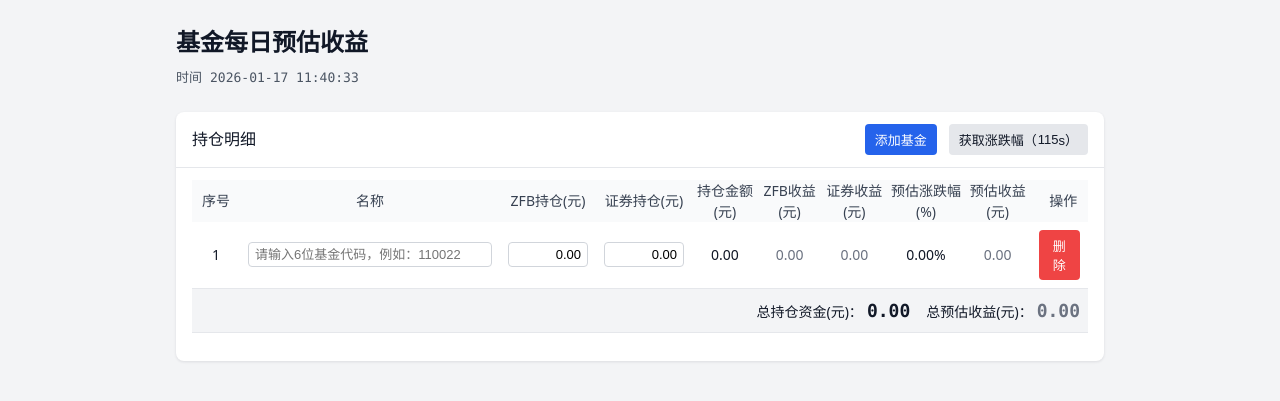
Repository: zt-boom/finance
Page: index.html
The author's editor kept a copy of each file at every save. The page is drawn from the files as they stood at one save, then again after the next save.
The browser window is 1280 px wide. The pictures show the whole page.

Above is the page before, as saved 2026-01-17 14:59:13.

### index.html
<!DOCTYPE html>
<html lang="zh-CN">
<head>
<meta charset="UTF-8">
<title>基金每日预估收益</title>
<meta name="viewport" content="width=device-width,initial-scale=1">
<link rel="stylesheet" href="./style.css">
</head>
<body>
<div class="app">
<header class="app-header">
<h1>基金每日预估收益</h1>
<div class="date-row">
<span>时间</span>
<span id="current-date"></span>
</div>
</header>
<main class="app-main">
<section class="card">
<div class="card-header">
<h2>持仓明细</h2>
<div class="card-header-actions">
<button id="add-fund-btn" class="primary-button">添加基金</button>
<button id="fetch-percent-btn" class="secondary-button">
获取涨跌幅（<span id="auto-refresh-countdown">120</span>s）
</button>
</div>
</div>
<div class="card-body">
<div class="table-wrapper">
<table class="fund-table">
<thead>
<tr>
<th class="index-col">序号</th>
<th>名称</th>
<th>ZFB持仓(元)</th>
<th>证券持仓(元)</th>
<th>持仓金额(元)</th>
<th>ZFB收益(元)</th>
<th>证券收益(元)</th>
<th>预估涨跌幅(%)</th>
<th>预估收益(元)</th>
<th>操作</th>
</tr>
</thead>
<tbody id="fund-table-body"></tbody>
<tfoot>
<tr class="summary-row">
<td colspan="10">
<div class="summary-items">
<div class="summary-left">
<span>总持仓资金(元)：<strong id="total-amount">0.00</strong></span>
<span>总预估收益(元)：<strong id="total-profit">0.00</strong></span>
</div>
</div>
</td>
</tr>
</tfoot>
</table>
</div>
</div>
</section>
</main>
</div>
<script src="./main.js"></script>
</body>
</html>

### style.css
* {
box-sizing: border-box;
margin: 0;
padding: 0;
}

body {
font-family: system-ui, -apple-system, BlinkMacSystemFont, "Segoe UI", sans-serif;
background-color: #f3f4f6;
color: #111827;
line-height: 1.5;
}

.app {
max-width: 960px;
margin: 0 auto;
padding: 24px 16px 40px;
}

.app-header {
display: flex;
flex-direction: column;
gap: 8px;
margin-bottom: 24px;
}

.app-header h1 {
font-size: 24px;
font-weight: 600;
color: #111827;
}

.date-row {
display: flex;
gap: 8px;
align-items: center;
font-size: 13px;
color: #4b5563;
}

.date-row span:last-child {
font-family: ui-monospace, SFMono-Regular, Menlo, Monaco, Consolas, "Liberation Mono", "Courier New", monospace;
font-variant-numeric: tabular-nums;
}

.app-main {
display: flex;
flex-direction: column;
gap: 16px;
}

.card {
background-color: #ffffff;
border-radius: 8px;
box-shadow: 0 1px 3px rgba(15, 23, 42, 0.1);
overflow: hidden;
}

.card-header {
display: flex;
justify-content: space-between;
align-items: center;
padding: 12px 16px;
border-bottom: 1px solid #e5e7eb;
}

.card-header h2 {
font-size: 16px;
font-weight: 500;
}

.card-header-actions {
display: flex;
align-items: center;
gap: 12px;
}

.card-body {
padding: 12px 16px 16px;
}

.table-wrapper {
overflow-x: auto;
margin-bottom: 12px;
}

.fund-table {
width: 100%;
border-collapse: collapse;
font-size: 14px;
}

.fund-table td {
border-bottom: 1px solid #e5e7eb;
padding: 8px;
text-align: left;
}

.fund-table th.index-col,
.fund-table td[data-role="row-index"] {
width: 48px;
text-align: center;
}

.fund-table td:nth-child(3),
.fund-table td:nth-child(4),
.fund-table td:nth-child(5),
.fund-table td:nth-child(6),
.fund-table td:nth-child(7),
.fund-table td:nth-child(8),
.fund-table td:nth-child(9) {
text-align: center;
white-space: nowrap;
}

.fund-table thead {
background-color: #f9fafb;
}

.fund-table th {
font-weight: 500;
color: #374151;
text-align: center;
}

.fund-table tbody tr:nth-child(even) {
background-color: #f9fafb;
}

.fund-table input {
width: 100%;
padding: 4px 6px;
font-size: 13px;
border-radius: 4px;
border: 1px solid #d1d5db;
outline: none;
text-align: right;
}

.fund-table input.narrow-number-input {
width: 80px;
margin: 0 auto;
}

.fund-table td:nth-child(2) input {
text-align: left;
}

.fund-table th:nth-child(2),
.fund-table td:nth-child(2) {
width: 260px;
}

.fund-table th:nth-child(10),
.fund-table td:nth-child(10) {
padding-left: 8px;
}

.fund-table input[type="number"]::-webkit-outer-spin-button,
.fund-table input[type="number"]::-webkit-inner-spin-button {
-webkit-appearance: none;
margin: 0;
}

.fund-table input[type="number"] {
-moz-appearance: textfield;
}

.fund-table input:focus {
border-color: #2563eb;
box-shadow: 0 0 0 1px rgba(37, 99, 235, 0.2);
}

.value-positive {
color: #ef4444;
}

.value-negative {
color: #10b981;
}

.value-zero {
color: #6b7280;
}

.summary-row td {
font-weight: 600;
color: #111827;
background-color: #f3f4f6;
}

.summary-items {
display: flex;
flex-wrap: wrap;
gap: 4px 16px;
justify-content: flex-end;
align-items: center;
}

#auto-refresh-countdown {
display: inline-block;
width: 3ch;
text-align: right;
}

.summary-items span {
font-weight: 500;
white-space: nowrap;
}

.summary-left {
display: flex;
flex-wrap: wrap;
gap: 4px 16px;
align-items: center;
}

.summary-items span strong {
font-size: 18px;
margin-left: 4px;
font-family: ui-monospace, SFMono-Regular, Menlo, Monaco, Consolas, "Liberation Mono", "Courier New", monospace;
}

#total-amount {
color: #111827;
}

.primary-button,
.secondary-button,
.danger-button {
border-radius: 4px;
border: none;
cursor: pointer;
font-size: 13px;
padding: 6px 10px;
display: inline-flex;
align-items: center;
justify-content: center;
}

.primary-button {
background-color: #2563eb;
color: #ffffff;
}

.primary-button:hover {
background-color: #1d4ed8;
}

.secondary-button {
background-color: #e5e7eb;
color: #111827;
}

.secondary-button:hover {
background-color: #d1d5db;
}

.danger-button {
background-color: #ef4444;
color: #ffffff;
}

.danger-button:hover {
background-color: #dc2626;
}

.actions-row {
display: none;
}

.instructions {
font-size: 13px;
color: #4b5563;
}

.instructions ol {
padding-left: 18px;
display: flex;
flex-direction: column;
gap: 4px;
}

@media (max-width: 640px) {
.app {
padding-inline: 12px;
}
.card-header {
flex-direction: column;
gap: 8px;
align-items: flex-start;
}
}

### main.js
const STORAGE_KEY = "fund_holdings_v1";

function formatCurrency(value) {
if (Number.isNaN(value)) return "0.00";
return value.toFixed(2);
}

function formatNumber(value) {
if (Number.isNaN(value)) return "";
return value.toFixed(2);
}

function getTodayDateString() {
const now = new Date();
const year = String(now.getFullYear());
const month = String(now.getMonth() + 1).padStart(2, "0");
const day = String(now.getDate()).padStart(2, "0");
const hours = String(now.getHours()).padStart(2, "0");
const minutes = String(now.getMinutes()).padStart(2, "0");
const seconds = String(now.getSeconds()).padStart(2, "0");
return `${year}-${month}-${day} ${hours}:${minutes}:${seconds}`;
}

const fundJsonpRequests = [];

function ensureJsonpHandler() {
if (window._fundJsonpInitialized) {
return;
}
window._fundJsonpInitialized = true;
window.jsonpgz = function (data) {
if (!data || !data.fundcode) {
return;
}
const code = data.fundcode;
while (true) {
let index = -1;
for (let i = 0; i < fundJsonpRequests.length; i += 1) {
if (fundJsonpRequests[i].code === code) {
index = i;
break;
}
}
if (index === -1) {
break;
}
const request = fundJsonpRequests.splice(index, 1)[0];
try {
const value = request.transform ? request.transform(data) : data;
request.resolve(value);
} catch (e) {
if (request.reject) {
if (e instanceof Error) {
request.reject(e);
} else {
request.reject(new Error("解析基金数据失败"));
}
}
}
}
};
}

function fetchFundEstimate(code) {
return new Promise((resolve, reject) => {
if (!code) {
reject(new Error("缺少基金代码"));
return;
}
ensureJsonpHandler();
fundJsonpRequests.push({
code,
resolve,
reject,
transform: data => {
const percent = parseFloat(data.gszzl);
if (Number.isNaN(percent)) {
throw new Error("无效的涨跌幅数据");
}
return percent;
}
});
const script = document.createElement("script");
script.src = `https://fundgz.1234567.com.cn/js/${code}.js?rt=${Date.now()}`;
script.onerror = () => {
for (let i = 0; i < fundJsonpRequests.length; i += 1) {
if (fundJsonpRequests[i].code === code) {
const request = fundJsonpRequests.splice(i, 1)[0];
request.reject(new Error("获取基金数据失败"));
break;
}
}
};
document.body.appendChild(script);
});
}

function fetchFundInfo(code) {
return new Promise((resolve, reject) => {
if (!code) {
reject(new Error("缺少基金代码"));
return;
}
ensureJsonpHandler();
fundJsonpRequests.push({
code,
resolve,
reject,
transform: data => data
});
const script = document.createElement("script");
script.src = `https://fundgz.1234567.com.cn/js/${code}.js?rt=${Date.now()}`;
script.onerror = () => {
for (let i = 0; i < fundJsonpRequests.length; i += 1) {
if (fundJsonpRequests[i].code === code) {
const request = fundJsonpRequests.splice(i, 1)[0];
request.reject(new Error("获取基金数据失败"));
break;
}
}
};
document.body.appendChild(script);
});
}

function parseFundCodeFromName(name) {
if (!name) return null;
const match = name.match(/(\d{6})/);
if (!match) {
return null;
}
return match[1];
}

function loadHoldingsFromStorage() {
try {
const raw = window.localStorage.getItem(STORAGE_KEY);
if (!raw) return [];
const parsed = JSON.parse(raw);
if (!Array.isArray(parsed)) return [];
return parsed;
} catch (e) {
return [];
}
}

function saveHoldingsToStorage(holdings) {
try {
const serialized = JSON.stringify(holdings);
window.localStorage.setItem(STORAGE_KEY, serialized);
} catch (e) {
}
}

function createTableRow(fund) {
const tr = document.createElement("tr");
const indexTd = document.createElement("td");
const nameTd = document.createElement("td");
const zfbAmountTd = document.createElement("td");
const stockAmountTd = document.createElement("td");
const amountTd = document.createElement("td");
const zfbProfitTd = document.createElement("td");
const stockProfitTd = document.createElement("td");
const percentTd = document.createElement("td");
const profitTd = document.createElement("td");
const actionsTd = document.createElement("td");
const nameInput = document.createElement("input");
nameInput.type = "text";
nameInput.value = fund.name || "";
nameInput.placeholder = "请输入6位基金代码，例如：110022";
nameInput.addEventListener("change", handleStorageUpdate);
nameInput.addEventListener("keydown", event => {
if (event.key === "Enter") {
event.preventDefault();
const raw = nameInput.value.trim();
const code = parseFundCodeFromName(raw);
if (!code) {
window.alert("请先输入6位基金代码");
return;
}
const rows = document.querySelectorAll('tr[data-role="fund-row"]');
let duplicate = false;
rows.forEach(row => {
const inputs = row.querySelectorAll("input");
const otherNameInput = inputs[0];
if (!otherNameInput || otherNameInput === nameInput) {
return;
}
const otherCode = parseFundCodeFromName(otherNameInput.value.trim());
if (otherCode && otherCode === code) {
duplicate = true;
}
});
if (duplicate) {
window.alert("该基金代码已存在，请不要重复添加");
return;
}
nameInput.disabled = true;
fetchFundInfo(code).then(data => {
nameInput.disabled = false;
if (!data || !data.name) {
window.alert("未能获取基金名称，请检查基金代码");
return;
}
nameInput.value = `${code}  ${data.name}`;
handleStorageUpdate();
}).catch(() => {
nameInput.disabled = false;
window.alert("未能获取基金名称，请检查基金代码或网络连接");
});
}
});
const zfbInput = document.createElement("input");
zfbInput.type = "number";
zfbInput.step = "0.01";
zfbInput.min = "0";
zfbInput.value = fund.zfbAmount != null ? formatCurrency(Number(fund.zfbAmount)) : "0.00";
zfbInput.addEventListener("blur", () => {
const value = parseFloat(zfbInput.value);
const normalized = Number.isNaN(value) ? 0 : value;
zfbInput.value = formatCurrency(normalized);
});
zfbInput.addEventListener("input", () => {
calculateProfit();
});
zfbInput.addEventListener("change", () => {
handleStorageUpdate();
calculateProfit();
});
zfbInput.className = "narrow-number-input";
const stockInput = document.createElement("input");
stockInput.type = "number";
stockInput.step = "0.01";
stockInput.min = "0";
stockInput.value = fund.stockAmount != null ? formatCurrency(Number(fund.stockAmount)) : "0.00";
stockInput.addEventListener("blur", () => {
const value = parseFloat(stockInput.value);
const normalized = Number.isNaN(value) ? 0 : value;
stockInput.value = formatCurrency(normalized);
});
stockInput.addEventListener("input", () => {
calculateProfit();
});
stockInput.addEventListener("change", () => {
handleStorageUpdate();
calculateProfit();
});
stockInput.className = "narrow-number-input";
const amountSpan = document.createElement("span");
amountSpan.dataset.role = "amount-display";
amountSpan.textContent = "0.00";
const zfbProfitSpan = document.createElement("span");
zfbProfitSpan.textContent = "0.00";
const stockProfitSpan = document.createElement("span");
stockProfitSpan.textContent = "0.00";
const percentSpan = document.createElement("span");
percentSpan.textContent = "0.00%";
const profitSpan = document.createElement("span");
profitSpan.textContent = "0.00";
const deleteButton = document.createElement("button");
deleteButton.textContent = "删除";
deleteButton.className = "danger-button";
deleteButton.addEventListener("click", () => {
const inputs = tr.querySelectorAll("input");
const nameValue = inputs[0] ? inputs[0].value.trim() : "";
const zfbValue = inputs[1] ? inputs[1].value.trim() : "";
const stockValue = inputs[2] ? inputs[2].value.trim() : "";
const isEmptyRow = !nameValue && !zfbValue && !stockValue;
if (!isEmptyRow) {
const confirmed = window.confirm("确定要删除这条持仓记录吗？");
if (!confirmed) {
return;
}
}
tr.remove();
handleStorageUpdate();
calculateProfit();
updateRowIndices();
});
indexTd.dataset.role = "row-index";
zfbProfitTd.dataset.role = "zfb-profit-cell";
stockProfitTd.dataset.role = "stock-profit-cell";
percentTd.dataset.role = "percent-cell";
profitTd.dataset.role = "profit-cell";
nameTd.appendChild(nameInput);
zfbAmountTd.appendChild(zfbInput);
stockAmountTd.appendChild(stockInput);
amountTd.appendChild(amountSpan);
zfbProfitTd.appendChild(zfbProfitSpan);
stockProfitTd.appendChild(stockProfitSpan);
percentTd.appendChild(percentSpan);
profitTd.appendChild(profitSpan);
actionsTd.appendChild(deleteButton);
tr.appendChild(indexTd);
tr.appendChild(nameTd);
tr.appendChild(zfbAmountTd);
tr.appendChild(stockAmountTd);
tr.appendChild(amountTd);
tr.appendChild(zfbProfitTd);
tr.appendChild(stockProfitTd);
tr.appendChild(percentTd);
tr.appendChild(profitTd);
tr.appendChild(actionsTd);
tr.dataset.role = "fund-row";
return tr;
}

function readHoldingsFromTable() {
const rows = document.querySelectorAll('tr[data-role="fund-row"]');
const holdings = [];
rows.forEach(row => {
const inputs = row.querySelectorAll("input");
const nameInput = inputs[0];
const zfbInput = inputs[1];
const stockInput = inputs[2];
const name = nameInput.value.trim();
const zfbAmount = parseFloat(zfbInput.value);
const stockAmount = parseFloat(stockInput.value);
const hasZfb = !Number.isNaN(zfbAmount) && zfbAmount > 0;
const hasStock = !Number.isNaN(stockAmount) && stockAmount > 0;
if (!name && !hasZfb && !hasStock) {
return;
}
holdings.push({
name,
zfbAmount: hasZfb ? zfbAmount : 0,
stockAmount: hasStock ? stockAmount : 0
});
});
return holdings;
}

function handleStorageUpdate() {
const holdings = readHoldingsFromTable();
saveHoldingsToStorage(holdings);
}

function populateTableFromStorage() {
const tbody = document.getElementById("fund-table-body");
tbody.innerHTML = "";
const holdings = loadHoldingsFromStorage();
if (holdings.length === 0) {
const row = createTableRow({ name: "", zfbAmount: null, stockAmount: null });
tbody.appendChild(row);
updateRowIndices();
calculateProfit();
return;
}
holdings.forEach(fund => {
const row = createTableRow({
name: fund.name || "",
zfbAmount: fund.zfbAmount != null ? fund.zfbAmount : null,
stockAmount: fund.stockAmount != null ? fund.stockAmount : null
});
tbody.appendChild(row);
});
updateRowIndices();
calculateProfit();
}

function calculateProfit() {
const rows = document.querySelectorAll('tr[data-role="fund-row"]');
let totalProfit = 0;
let totalHoldingAmount = 0;
rows.forEach(row => {
const inputs = row.querySelectorAll("input");
const zfbInput = inputs[1];
const stockInput = inputs[2];
const amountSpan = row.querySelector('span[data-role="amount-display"]');
const percentCell = row.querySelector('td[data-role="percent-cell"] span');
const profitCell = row.querySelector('td[data-role="profit-cell"] span');
const zfbProfitCell = row.querySelector('td[data-role="zfb-profit-cell"] span');
const stockProfitCell = row.querySelector('td[data-role="stock-profit-cell"] span');
const zfbAmount = zfbInput ? parseFloat(zfbInput.value) : NaN;
const stockAmount = stockInput ? parseFloat(stockInput.value) : NaN;
const normalizedZfb = Number.isNaN(zfbAmount) ? 0 : zfbAmount;
const normalizedStock = Number.isNaN(stockAmount) ? 0 : stockAmount;
const amount = normalizedZfb + normalizedStock;
const percent = percentCell ? parseFloat(percentCell.textContent) : NaN;
if (amountSpan) {
amountSpan.textContent = formatCurrency(amount);
}
if (amount > 0) {
totalHoldingAmount += amount;
}
if (amount <= 0 || Number.isNaN(percent)) {
if (zfbProfitCell) {
zfbProfitCell.textContent = "0.00";
applyProfitColor(zfbProfitCell, 0);
}
if (stockProfitCell) {
stockProfitCell.textContent = "0.00";
applyProfitColor(stockProfitCell, 0);
}
if (profitCell) {
profitCell.textContent = "0.00";
applyProfitColor(profitCell, 0);
}
return;
}
const zfbProfit = normalizedZfb * percent / 100;
const stockProfit = normalizedStock * percent / 100;
const profit = zfbProfit + stockProfit;
totalProfit += profit;
if (zfbProfitCell) {
zfbProfitCell.textContent = formatCurrency(zfbProfit);
applyProfitColor(zfbProfitCell, zfbProfit);
}
if (stockProfitCell) {
stockProfitCell.textContent = formatCurrency(stockProfit);
applyProfitColor(stockProfitCell, stockProfit);
}
if (profitCell) {
profitCell.textContent = formatCurrency(profit);
applyProfitColor(profitCell, profit);
}
});
const totalAmountElement = document.getElementById("total-amount");
if (totalAmountElement) {
totalAmountElement.textContent = formatCurrency(totalHoldingAmount);
}
const totalProfitElement = document.getElementById("total-profit");
totalProfitElement.textContent = formatCurrency(totalProfit);
applyProfitColor(totalProfitElement, totalProfit);
}

function autoFetchPercentages(options) {
const useButton = !options || options.useButton !== false;
const showAlert = !options || options.showAlert !== false;
const rows = document.querySelectorAll('tr[data-role="fund-row"]');
const promises = [];
rows.forEach(row => {
const inputs = row.querySelectorAll("input");
const nameInput = inputs[0];
const name = nameInput ? nameInput.value.trim() : "";
const code = parseFundCodeFromName(name);
if (!code) {
return;
}
const percentCell = row.querySelector('td[data-role="percent-cell"] span');
if (!percentCell) {
return;
}
const promise = fetchFundEstimate(code).then(percent => {
const value = formatNumber(percent);
percentCell.textContent = `${value}%`;
return true;
}).catch(() => false);
promises.push(promise);
});
if (promises.length === 0) {
if (showAlert) {
window.alert("请先在名称中输入包含6位基金代码的内容");
}
return;
}
const fetchButton = useButton ? document.getElementById("fetch-percent-btn") : null;
if (fetchButton) {
fetchButton.disabled = true;
}
Promise.all(promises).then(results => {
const successCount = results.filter(Boolean).length;
if (fetchButton) {
fetchButton.disabled = false;
}
if (successCount === 0) {
if (showAlert) {
window.alert("未能获取任何基金的预估涨跌幅，请检查基金代码或网络连接");
}
return;
}
calculateProfit();
});
}

function applyProfitColor(element, value) {
if (!element) {
return;
}
element.classList.remove("value-positive", "value-negative", "value-zero");
if (Number.isNaN(value)) {
return;
}
if (value > 0) {
element.classList.add("value-positive");
} else if (value < 0) {
element.classList.add("value-negative");
} else {
element.classList.add("value-zero");
}
}

function initApp() {
const dateElement = document.getElementById("current-date");
if (dateElement) {
dateElement.textContent = getTodayDateString();
}
populateTableFromStorage();
const addFundButton = document.getElementById("add-fund-btn");
const fetchPercentButton = document.getElementById("fetch-percent-btn");
const countdownElement = document.getElementById("auto-refresh-countdown");
const autoRefreshSeconds = 120;
let remainingSeconds = autoRefreshSeconds;
function updateCountdown() {
if (countdownElement) {
countdownElement.textContent = String(remainingSeconds);
}
}
function resetCountdown() {
remainingSeconds = autoRefreshSeconds;
updateCountdown();
}
updateCountdown();
if (addFundButton) {
addFundButton.addEventListener("click", () => {
const tbody = document.getElementById("fund-table-body");
const row = createTableRow({ name: "", amount: null });
tbody.appendChild(row);
updateRowIndices();
});
}
if (fetchPercentButton) {
fetchPercentButton.addEventListener("click", () => {
autoFetchPercentages({ useButton: true, showAlert: true });
resetCountdown();
});
}
if (dateElement) {
setInterval(() => {
dateElement.textContent = getTodayDateString();
}, 1000);
}
setInterval(() => {
remainingSeconds -= 1;
if (remainingSeconds <= 0) {
autoFetchPercentages({ useButton: false, showAlert: false });
remainingSeconds = autoRefreshSeconds;
}
updateCountdown();
}, 1000);
}

function updateRowIndices() {
const rows = document.querySelectorAll('tr[data-role="fund-row"]');
rows.forEach((row, index) => {
const indexCell = row.querySelector('td[data-role="row-index"]');
if (indexCell) {
indexCell.textContent = String(index + 1);
}
});
}

if (document.readyState === "loading") {
document.addEventListener("DOMContentLoaded", initApp);
} else {
initApp();
}

After the next save:
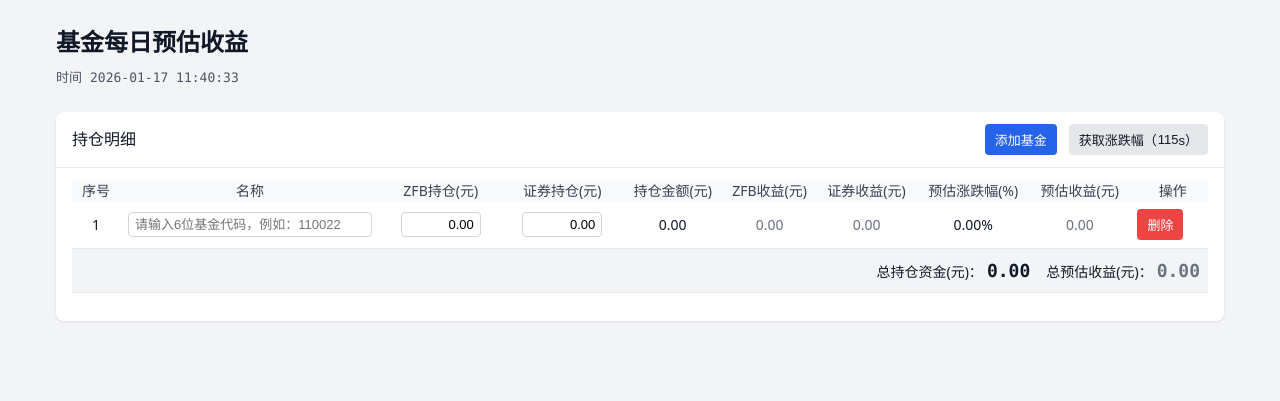
Saved 83 s later.
--- a/style.css
+++ b/style.css
@@ -12,7 +12,7 @@ line-height: 1.5;
 }
 
 .app {
-max-width: 960px;
+max-width: 1200px;
 margin: 0 auto;
 padding: 24px 16px 40px;
 }
